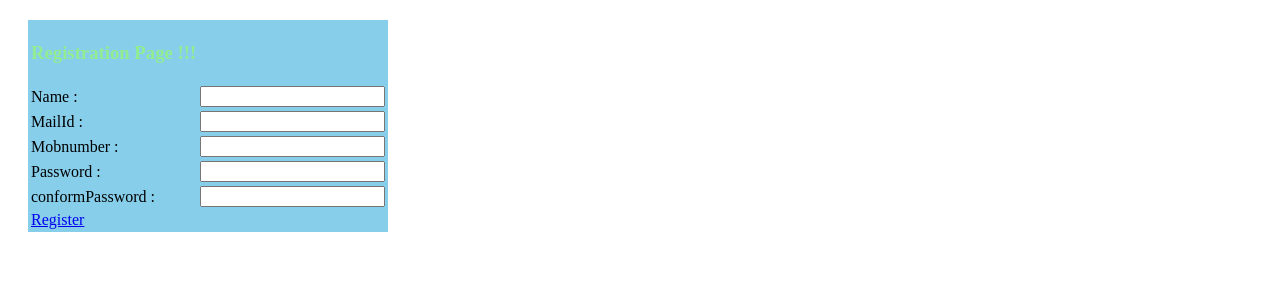
Repository: priyagund/jspServlet
Page: http://localhost/MyFirstLogin/register.jsp
These files come from the project's save history. The page is drawn as it stood at one moment and after the next save; the edit follows.
The browser window is 1280 px wide. The pictures show the whole page.
The page is served by Tomcat 9. Other server files are loaded and not shown.

Above is the page before, as saved 2019-10-10 06:31:39.

### MyFirstLogin/WebContent/register.jsp
<%@ page language="java" contentType="text/html; charset=UTF-8"
    pageEncoding="UTF-8"%>
<!DOCTYPE html>
<html>
<head>
<meta charset="UTF-8">
<title>Insert title here</title>
</head>
<body>
<form action="login" method="post">
	<table  style = "background-color: skyblue; margin-left:20px; margin-top:20px;">

		<tr>
			<td><h3 style="color: lightgreen">Registration Page !!!</h3></td>
		</tr>

		<tr>
			<td>Name :</td>
			<td><input type="text" name="name"></td>
		</tr>
		<tr>
			<td>MailId :</td>
			<td><input type="text" name="name"></td>
		</tr>
		<tr>
			<td>Mobnumber :</td>
			<td><input type="text" name="name"></td>
		</tr>

		<tr>
			<td>Password :</td>
			<td><input type="password" name="password"></td>
		</tr>
		<tr>
			<td>conformPassword :</td>
			<td><input type="password" name="password1"></td>
		</tr>
		<tr>

			<td><a href="register.jsp">Register</a></td>
		</tr>
	</table>

	</form>
</body>
</html>

After the next save:
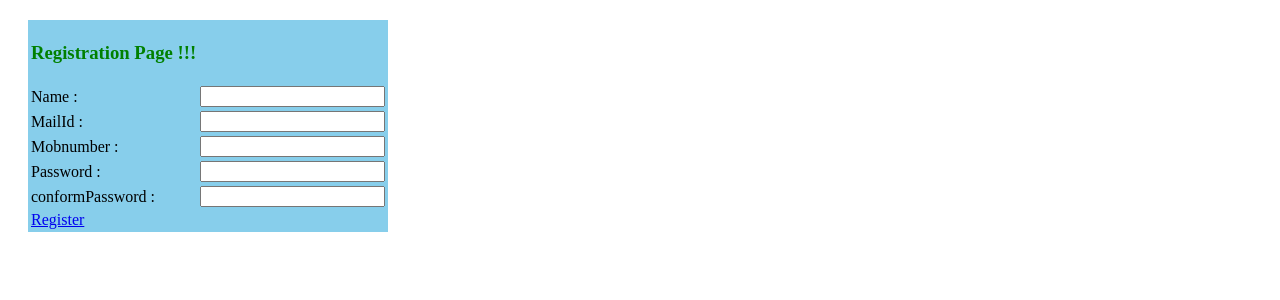
Saved 40 s later.
--- a/MyFirstLogin/WebContent/register.jsp
+++ b/MyFirstLogin/WebContent/register.jsp
@@ -11,7 +11,7 @@
 	<table  style = "background-color: skyblue; margin-left:20px; margin-top:20px;">
 
 		<tr>
-			<td><h3 style="color: lightgreen">Registration Page !!!</h3></td>
+			<td><h3 style="color: green">Registration Page !!!</h3></td>
 		</tr>
 
 		<tr>
